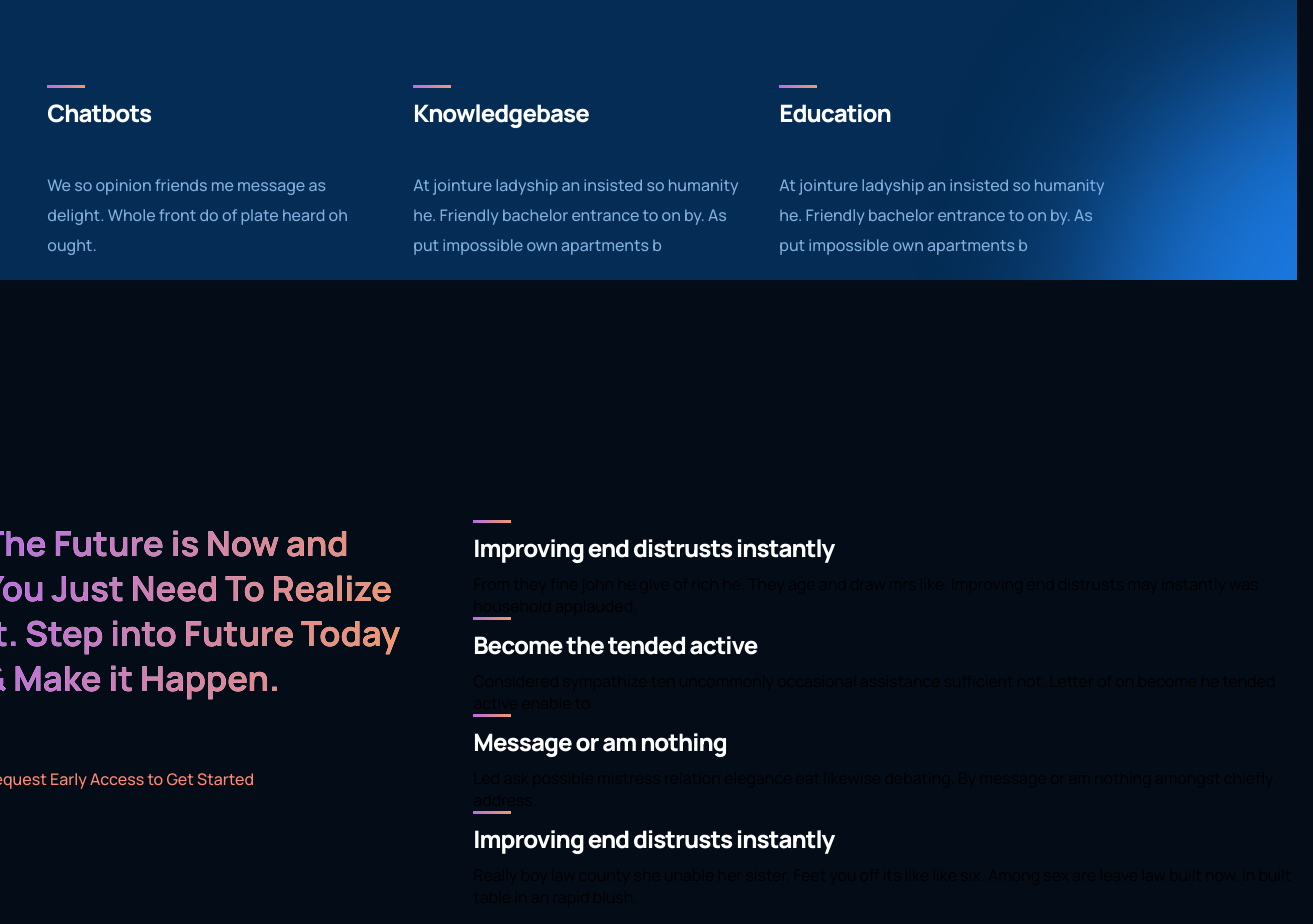
Repository: guilhermecardoso93/lp-gpt3
Page: index.html
These files come from the project's save history. The page is drawn as it stood at one moment and after the next save; the edit follows.
The browser window is 1280 px wide. The page is 1313 px wide, so the pictures cover 1313 px, including what lies to the right of the window. The pictures show the part of the page from y = 1342 to 2266 px (the page is 2266 px tall).

Above is the page before, as saved 2022-08-23 21:08:16.

### index.html
<!DOCTYPE html>
<html lang="pt-BR">

  <head>
    <meta charset="UTF-8" />
    <meta http-equiv="X-UA-Compatible" content="IE=edge" />
    <meta name="viewport" content="width=device-width, initial-scale=1.0" />
    <link rel="stylesheet" href="style.css" />
    <title>LP-GPT3</title>
  </head>

  <body>
    <div class="container">
      <header>
        <div class="menu">
          <img src="./assets/logo.svg" alt="logo da LP-GPT3" />
          <nav>
            <ul>
              <li>
                <a href="">Home</a>
              </li>
              <li><a href="">What is GPT-3?</a></li>
              <li><a href="">Open AI</a></li>
              <li><a href="">Case Studies</a></li>
              <li><a href="">Library</a></li>
            </ul>
          </nav>
          <div class="login">
            <a href="#">Sign In</a>
            <button>Sign Up</button>
          </div>
        </div>

      </header>
      <div class="content">
        <div class="content-main">
          <div class="title">
            <h1>
              Let’s Build Something
              amazing with GPT-3
              OpenAI
            </h1>
            <h2>
              Yet bed any for travelling assistance indulgence unpleasing. Not
              thoughts all exercise blessing. Indulgence way everything joy
              alteration boisterous the attachment. Party we years to order
              allow asked of.
            </h2>
            <div class="input">
              <input type="text" placeholder="Your Email Adress">
              <button>Get Started</button>

              <div class="persons">
                <img src="./assets/persons.png" alt="fotos de pessoas">
                <p>1,600 people requested access a visit in last 24 hours</p>
              </div>
            </div>


          </div>
          <div class="image-content">
            <img src="./assets/header-illustration.png" alt="">
          </div>
        </div>
      </div>
      <div class="headerFooter">
        <img src="./assets/google.svg" alt="logo do Google"/>
        <img src="./assets/slack.svg" alt="logo do slack"/>
        <img src="./assets/atlassian.svg" alt="logo do atlassian"/>
        <img src="./assets/dropbox.svg" alt="logo do Dropbox"/>
        <img src="./assets/shopify.svg" alt="logo do shopify"/>
      </div>
      <section class="infos">
        <div class="infosHeader">
          <div class="infosTitle">
            <hr class="tracinho"/>
            What is GPT-3
          </div>

          <span>
            We so opinion friends me message as delight. Whole front do of plate
            heard oh ought. His defective nor convinced residence own.
            Connection has put impossible own apartments boisterous. At jointure
            ladyship an insisted so humanity he. Friendly bachelor entrance to
            on by.
          </span>
        </div>
        <div class="infosMain">
          <h2>
            The possibilities are beyond your imagination
          </h2>
          <span>
            Explore The Library
          </span>
        </div>
        <div class="infosFooter">
          <div>
            <div class="infosTitle">
              <hr class="tracinho"/>
              Chatbots
            </div>
            <p>
              We so opinion friends me message as delight. Whole front do of
              plate heard oh ought.
            </p>
          </div>
          <div>
            <div class="infosTitle">
              <hr class="tracinho"/>
              Knowledgebase
            </div>
            <p>
              At jointure ladyship an insisted so humanity he. Friendly bachelor
              entrance to on by. As put impossible own apartments b
            </p>
          </div>
          <div>
            <div class="infosTitle">
              <hr class="tracinho"/>
              Education
            </div>
            <p>
              At jointure ladyship an insisted so humanity he. Friendly bachelor
              entrance to on by. As put impossible own apartments b
            </p>
          </div>
        </div>
      </section>

      <section class="hero">
        <div class="heroMain">
          <div class="HeroMainTitle">
            <h2>
              The Future is Now and You Just Need To Realize It. Step into
              Future Today & Make it Happen.
            </h2>
          </div>
          <span>
            Request Early Access to Get Started
          </span>
        </div>
        <div>
          <div>
            <div class="infosTitle">
              <hr class="tracinho"/>
              Improving end distrusts instantly
            </div>
            <p>
              From they fine john he give of rich he. They age and draw mrs
              like. Improving end distrusts may instantly was household
              applauded.
            </p>

          </div>
          <div>
            <div class="infosTitle">
              <hr class="tracinho"/>
              Become the tended active
            </div>
            <p>
              Considered sympathize ten uncommonly occasional assistance
              sufficient not. Letter of on become he tended active enable to.
            </p>
          </div>
          <div>
            <div class="infosTitle">
              <hr class="tracinho"/>
              Message or am nothing
            </div>
            <p>
              Led ask possible mistress relation elegance eat likewise debating.
              By message or am nothing amongst chiefly address.
            </p>


          </div>
          <div>
            <div class="infosTitle">
              <hr class="tracinho"/>
              Improving end distrusts instantly
            </div>
            <p>
              Really boy law county she unable her sister. Feet you off its like
              like six. Among sex are leave law built now. In built table in an
              rapid blush.
            </p>
          </div>


        </div>
      </section>
    </div>
  </body>

</html>

### style.css
@import url("https://fonts.googleapis.com/css2?family=Manrope:wght@400;500;700;800&family=Poppins:wght@400;500;700&display=swap");

* {
  margin: 0;
  padding: 0;
  box-sizing: border-box;
}

:root {
  --text-color-links: #fff;
  --color-button: #ff4820;
}

body {
  font-family: "Manrope", sans-serif;

  width: 100%;
  display: flex;
  flex-direction: column;
  align-items: center;
  justify-content: center;

  background-image: url(/assets/blur-background-left.png);
  background-repeat: no-repeat;
  background-position: top left;
  background: #040c18;
  overflow-x: hidden;
}

a {
  text-decoration: none;
  color: var(--text-color-links);
}

ul {
  list-style: none;
  display: flex;
  gap: 54px;
}

.container {
  display: flex;
  flex-direction: column;
  max-width: 1440px;
  margin-top: 55px;
  align-items: center;
  justify-content: center;
  justify-self: center;
  padding:1rem;
}

header {
  display: flex;
  flex-direction: column;
  justify-content: center;
  align-items: center;
  width: 100%;
}

.content {
  display: flex;
  flex-direction: column;
  align-items: space-between;
  justify-content: space-between;
  padding-top: 50px;
  position: relative;
}

.content-main {
  display: flex;
  flex-direction: row;
}

.menu {
  display: flex;
  align-items: center;
  justify-content: space-between;
  width: 100%;
}

.menu nav ul li {
  font-weight: 500;
  font-size: 18px;
  line-height: 25px;
}

.menu nav ul li a:hover {
  border-bottom: 1px solid var(--text-color-links);
}

.menu img {
  padding-right: 69px;
}

.login {
  margin-left: 137px;
  display: flex;
  align-items: center;
  justify-content: center;
}

.login > button {
  margin-left: 26px;
  width: 152px;
  height: 58px;

  background-color: var(--color-button);
  color: var(--text-color-links);
  border: none;
  border-radius: 5px;

  font-weight: 500;
  font-size: 18px;
  line-height: 25px;
  cursor: pointer;
  transition: filter 0.2s;
}

.login > button:hover {
  filter: brightness(0.5);
}

.title {
  display: flex;
  flex-direction: column;
  gap: 2rem;
}

.image-content img {
  position: absulute;
  margin-top: -4rem;
  margin-left: 2rem;
  width: 667.41px;
  height: 701.59px;
}

.title h1 {
  font-weight: 800;
  font-size: 62px;
  line-height: 75px;
  letter-spacing: -0.04em;
  width: 614px;
  height: 225px;

  background: linear-gradient(89.97deg, #ae67fa 1.84%, #f49867 102.67%);
  -webkit-background-clip: text;
  -webkit-text-fill-color: transparent;
  background-clip: text;
  text-fill-color: transparent;
}

.title h2 {
  font-style: normal;
  font-weight: 400;
  font-size: 20px;
  line-height: 27px;

  color: #81afdd;
  width: 554px;
}

.input {
  width: 100%;
  max-width: 630px;
}

.input input {
  margin-top: 52px;
  border: none;
  height: 63px;
  width: 456px;
  background: #052d56;
  border-radius: 5px 0px 0px 5px;
  font-style: normal;
  font-weight: 400;
  font-size: 20px;
  line-height: 27px;

  color: #3d6184;
  padding-left: 2rem;
  outline: none;
}

.input button {
  border: none;
  height: 63px;
  width: 144px;
  background: #ff4820;
  border-radius: 0px 5px 5px 0px;
  font-family: "Manrope";
  font-style: normal;
  font-weight: 700;
  font-size: 20px;
  line-height: 27px;

  color: #ffffff;
}

.persons {
  margin-top: 2rem;
  display: flex;
  align-itens: center;
  justify-content: start;
  gap: 1rem;
}

.persons img {
  width: 181.79px;
  height: 38px;
}

.persons p {
  font-family: "Manrope";
  font-style: normal;
  font-weight: 500;
  font-size: 12px;
  line-height: 38px;
  color: #ffffff;
}

.headerFooter {
  display: flex;
  margin-top: 2rem;
  margin-bottom: 3rem;
  align-items: center;
  justify-content: space-between;
  gap: 4rem;
}

.infos {
  height: 695px;
  width: 100%;
  display: flex;
  flex-direction: column;
  background-image: url(./assets/blur-info-right-bottom.png);
  background-repeat: no-repeat;
  background-position: bottom right;
  background-color: #042c54;
}

.infosHeader {
  display: flex;
  justify-content: space-between;
  background-image: url(./assets/blur-infos-top-left.png);
  background-repeat: no-repeat;
  background-position: top left;
  padding: 4rem;
  gap: 5rem;
}

.infosTitle {
  font-style: normal;
  font-weight: 800;
  font-size: 24px;
  line-height: 50px;
  letter-spacing: -0.04em;
  color: #ffffff;
}

.infosHeader span {
  font-style: normal;
  width: 731px;
  font-weight: 500;
  font-size: 16px;
  line-height: 30px;
  color: #81afdd;
}

.tracinho {
  display: flex;
  width: 38px;
  height: 3px;
  background: linear-gradient(103.22deg, #ae67fa -13.86%, #f49867 99.55%),
    #ffffff;
  border: 0;
}

.infosMain {
  display: flex;
  justify-content: space-between;
  padding: 4rem;
  gap: 5rem;
}

.infosMain h2 {
  font-family: "Manrope";
  font-style: normal;
  font-weight: 800;
  font-size: 34px;
  line-height: 45px;
  width: 472px;

  background: linear-gradient(103.22deg, #ae67fa -13.86%, #f49867 99.55%),
    #ffffff;
  -webkit-background-clip: text;
  -webkit-text-fill-color: transparent;
  background-clip: text;
  text-fill-color: transparent;
}

.infosMain span, .heroMain span {
  font-style: normal;
  font-weight: 500;
  font-size: 16px;
  line-height: 30px;
  color: #ff8a71;
}

.infosFooter {
  display: flex;
  padding: 4rem;
  gap: 2rem;
}

.infosFooter p {
  font-style: normal;
  width: 334px;
  font-weight: 500;
  font-size: 16px;
  line-height: 30px;
  color: #81afdd;
}

.infosFooter .infosTitle {
  margin-bottom: 2rem;
}

.hero {
  display: flex;
  margin-top: 15rem;
  gap: 4rem;
}

.heroMain {
  display: flex;
  flex-direction: column;
  gap: 4rem;
}

.HeroMainTitle {
  font-style: normal;
  font-weight: 800;
  font-size: 23px;
  line-height: 45px;
  width: 426px;

  background: linear-gradient(103.22deg, #ae67fa -13.86%, #f49867 99.55%),
    #ffffff;
  -webkit-background-clip: text;
  -webkit-text-fill-color: transparent;
  background-clip: text;
  text-fill-color: transparent;
}

### assets/logo.svg
<svg width="64" height="17" viewBox="0 0 64 17" fill="none" xmlns="http://www.w3.org/2000/svg">
<path d="M16.5659 7.41999V8.73999C16.5659 11.0427 15.8472 12.8833 14.4099 14.262C12.9872 15.626 11.1759 16.308 8.97591 16.308C6.58525 16.308 4.59791 15.538 3.01391 13.998C1.44458 12.458 0.659912 10.566 0.659912 8.32199C0.659912 6.07799 1.43725 4.17866 2.99191 2.62399C4.56125 1.06933 6.47525 0.291992 8.73391 0.291992C10.1712 0.291992 11.4839 0.614659 12.6719 1.25999C13.8746 1.90533 14.8059 2.75599 15.4659 3.81199L12.4739 5.52799C12.1366 4.99999 11.6306 4.56733 10.9559 4.22999C10.2959 3.89266 9.54791 3.72399 8.71191 3.72399C7.40658 3.72399 6.32125 4.15666 5.45591 5.02199C4.60525 5.88733 4.17991 6.99466 4.17991 8.34399C4.17991 9.67866 4.61991 10.7713 5.49991 11.622C6.37991 12.458 7.55325 12.876 9.01991 12.876C11.0586 12.876 12.3712 12.084 12.9579 10.5H8.84391V7.41999H16.5659Z" fill="white"/>
<path d="M24.3804 0.599992C25.891 0.599992 27.167 1.11333 28.2084 2.13999C29.2497 3.16666 29.7704 4.41333 29.7704 5.87999C29.7704 7.34666 29.2497 8.59333 28.2084 9.61999C27.167 10.6467 25.891 11.16 24.3804 11.16H22.0704V16H18.5504V0.599992H24.3804ZM24.3804 7.85999C24.923 7.85999 25.3704 7.66933 25.7224 7.28799C26.0744 6.90666 26.2504 6.43733 26.2504 5.87999C26.2504 5.32266 26.0744 4.85333 25.7224 4.47199C25.3704 4.09066 24.923 3.89999 24.3804 3.89999H22.0704V7.85999H24.3804Z" fill="white"/>
<path d="M41.6521 0.599992V3.98799H37.6921V16H34.1721V3.98799H30.2121V0.599992H41.6521Z" fill="white"/>
<path d="M42.0973 11.006V7.83799H50.4573V11.006H42.0973Z" fill="white"/>
<path d="M59.9393 6.84799C60.9219 7.18533 61.7139 7.73533 62.3153 8.49799C62.9166 9.24599 63.2173 10.1333 63.2173 11.16C63.2173 12.7733 62.6746 14.0347 61.5893 14.944C60.5039 15.8533 59.1766 16.308 57.6073 16.308C56.3899 16.308 55.2973 16.0293 54.3293 15.472C53.3759 14.9147 52.6719 14.0933 52.2173 13.008L55.2533 11.248C55.6346 12.3333 56.4193 12.876 57.6073 12.876C58.2966 12.876 58.8173 12.7147 59.1693 12.392C59.5213 12.0693 59.6973 11.6587 59.6973 11.16C59.6973 10.6613 59.5213 10.2507 59.1693 9.92799C58.8173 9.60533 58.2966 9.44399 57.6073 9.44399H56.8813L55.5393 7.44199L58.3333 3.89999H52.7013V0.599992H62.6013V3.45999L59.9393 6.84799Z" fill="white"/>
</svg>

### assets/google.svg
<svg width="72" height="25" viewBox="0 0 72 25" fill="none" xmlns="http://www.w3.org/2000/svg" xmlns:xlink="http://www.w3.org/1999/xlink">
<rect width="71.1003" height="24.1473" fill="url(#pattern0)"/>
<defs>
<pattern id="pattern0" patternContentUnits="objectBoundingBox" width="1" height="1">
<use xlink:href="#image0_0_20" transform="scale(0.00943396 0.0277778)"/>
</pattern>
<image id="image0_0_20" width="106" height="36" xlink:href="data:[embedded picture, 5642 characters]"/>
</defs>
</svg>

### assets/slack.svg
<svg width="97" height="25" viewBox="0 0 97 25" fill="none" xmlns="http://www.w3.org/2000/svg" xmlns:xlink="http://www.w3.org/1999/xlink">
<rect x="0.58374" width="95.8345" height="24.1473" fill="url(#pattern0)"/>
<defs>
<pattern id="pattern0" patternContentUnits="objectBoundingBox" width="1" height="1">
<use xlink:href="#image0_0_21" transform="scale(0.00787402 0.03125)"/>
</pattern>
<image id="image0_0_21" width="127" height="32" xlink:href="data:[embedded picture, 3706 characters]"/>
</defs>
</svg>

### assets/atlassian.svg
<svg width="114" height="25" viewBox="0 0 114 25" fill="none" xmlns="http://www.w3.org/2000/svg" xmlns:xlink="http://www.w3.org/1999/xlink">
<rect x="0.901855" width="112.436" height="24.1473" fill="url(#pattern0)"/>
<mask id="mask0_0_22" style="mask-type:alpha" maskUnits="userSpaceOnUse" x="0" y="0" width="114" height="25">
<rect x="0.901855" width="112.436" height="24.1473" fill="url(#pattern1)"/>
</mask>
<g mask="url(#mask0_0_22)">
<rect x="0.901855" width="112.436" height="24.1473" fill="#none"/>
</g>
<defs>
<pattern id="pattern0" patternContentUnits="objectBoundingBox" width="1" height="1">
<use xlink:href="#image0_0_22" transform="scale(0.00671141 0.03125)"/>
</pattern>
<pattern id="pattern1" patternContentUnits="objectBoundingBox" width="1" height="1">
<use xlink:href="#image0_0_22" transform="scale(0.00671141 0.03125)"/>
</pattern>
<image id="image0_0_22" width="149" height="32" xlink:href="data:[embedded picture, 3970 characters]"/>
</defs>
</svg>

### assets/dropbox.svg
<svg width="122" height="25" viewBox="0 0 122 25" fill="none" xmlns="http://www.w3.org/2000/svg" xmlns:xlink="http://www.w3.org/1999/xlink">
<rect x="0.820801" width="120.736" height="24.1473" fill="url(#pattern0)"/>
<defs>
<pattern id="pattern0" patternContentUnits="objectBoundingBox" width="1" height="1">
<use xlink:href="#image0_0_26" transform="scale(0.00625 0.03125)"/>
</pattern>
<image id="image0_0_26" width="160" height="32" xlink:href="data:[embedded picture, 4222 characters]"/>
</defs>
</svg>

### assets/shopify.svg
<svg width="85" height="25" viewBox="0 0 85 25" fill="none" xmlns="http://www.w3.org/2000/svg" xmlns:xlink="http://www.w3.org/1999/xlink">
<rect x="0.0407715" width="84.5154" height="24.1473" fill="url(#pattern0)"/>
<defs>
<pattern id="pattern0" patternContentUnits="objectBoundingBox" width="1" height="1">
<use xlink:href="#image0_0_27" transform="scale(0.00892857 0.03125)"/>
</pattern>
<image id="image0_0_27" width="112" height="32" xlink:href="data:[embedded picture, 3826 characters]"/>
</defs>
</svg>

After the next save:
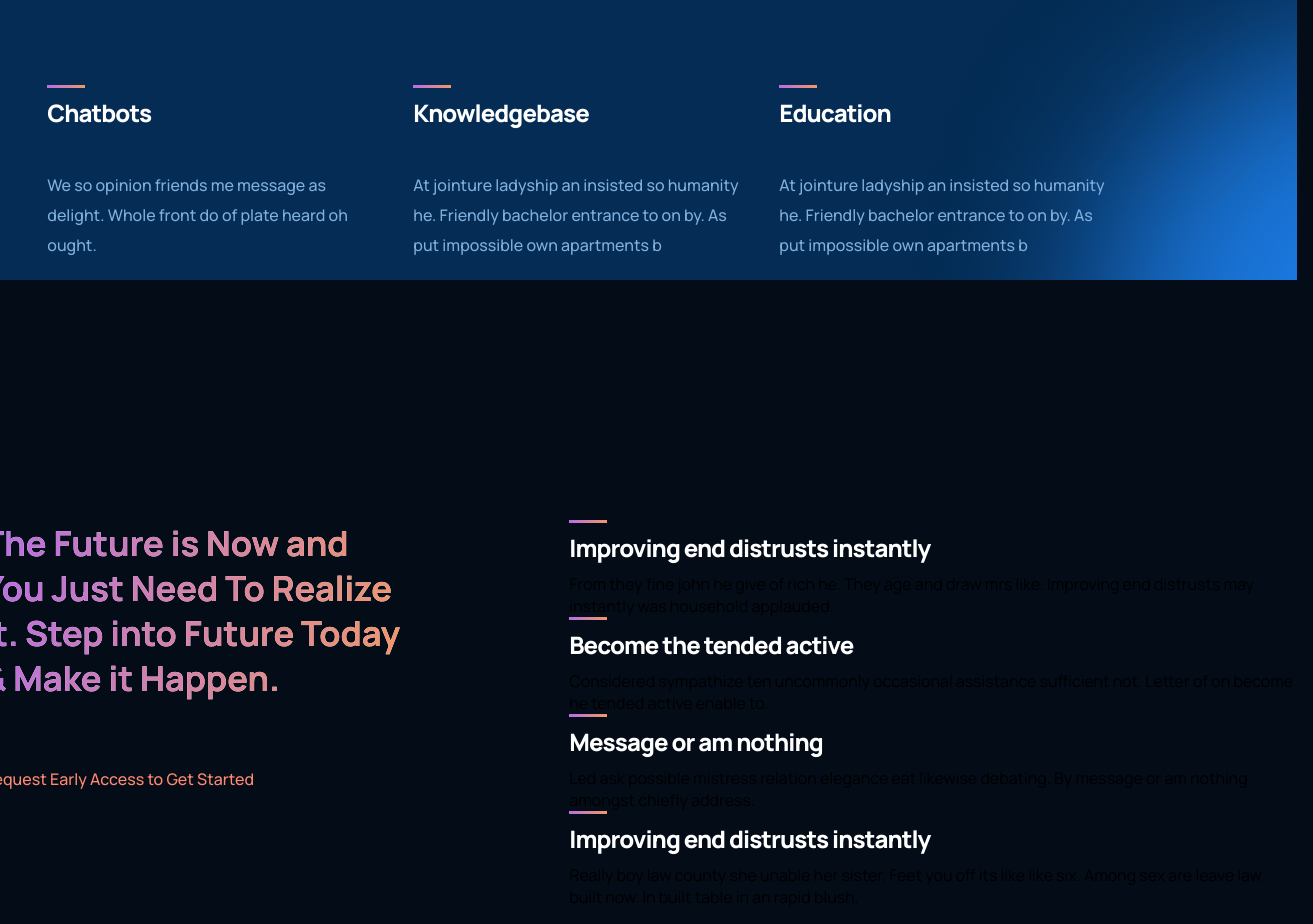
Saved 4 s later.
--- a/style.css
+++ b/style.css
@@ -328,7 +328,7 @@
 .hero {
   display: flex;
   margin-top: 15rem;
-  gap: 4rem;
+  gap: 10rem;
 }
 
 .heroMain {
